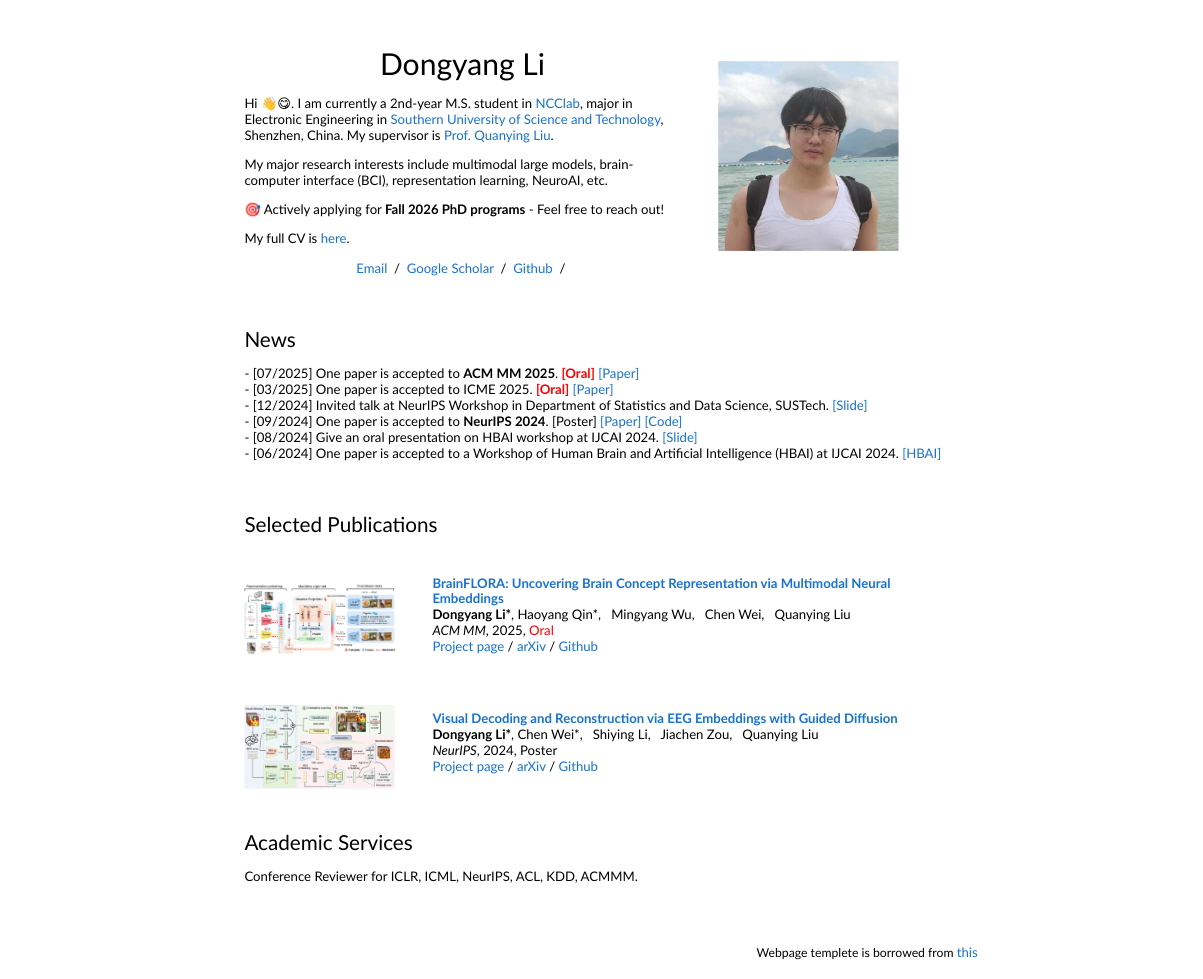
Repository: dongyangli-del/dongyangli-del.github.io
Page: index.html
The author's editor kept a copy of each file at every save. The page is drawn from the files as they stood at one save, then again after a run of saves.
The browser window is 1280 px wide. The pictures show the whole page, at 94% of full size.

Above is the page before, as saved 2025-07-12 20:36:59.

### index.html
<!DOCTYPE HTML>
<html lang="en">
  <head>

    <meta http-equiv="Content-Type" content="text/html; charset=UTF-8">

    <title>Dongyang Li</title>

    <meta name="author" content="Dongyang Li">
    <meta name="viewport" content="width=device-width, initial-scale=1">

    <link rel="stylesheet" type="text/css" href="stylesheet.css">
    <link rel="icon" href="data:[embedded picture, 141 characters]">
  </head>

  <body>
    <!-- <div class="content">
      <table style="width:100%;border:0px;border-spacing:0px;border-collapse:separate;margin-right:auto;margin-left:auto;"><tbody>
        <tr style="padding:0px">
          <td style="padding:2.5%;width:63%;vertical-align:middle">
            <p class="name" style="text-align: center;">
              Dongyang Li
            </p>

            </p>
            <p>

            </p>
            <p style="text-align:center">
            </p>
          </td>
          <td style="padding:2.5%;width:40%;max-width:40%">
            <a href="myassets/profile.jpg"><img style="width:100%;max-width:100%" alt="profile photo" src="myassets/profile.jpg" class="hoverZoomLink"></a>
          </td>
        </tr>
      </tbody></table>
    </div> -->
    <table style="width:100%;max-width:800px;border:0px;border-spacing:0px;border-collapse:separate;margin-right:auto;margin-left:auto;"><tbody>
      <tr style="padding:0px">
        <td style="padding:0px">
          <table style="width:100%;border:0px;border-spacing:0px;border-collapse:separate;margin-right:auto;margin-left:auto;"><tbody>
            <tr style="padding:0px">
              <td style="padding:2.5%;width:63%;vertical-align:middle">
                <p class="name" style="text-align: center;">
                  Dongyang Li
                </p>
                <p>
                  Hi 👋😋.
                  I am currently a 2nd-year M.S. student in <a href="https://www.sustech.edu.cn/zh/faculties/liuquanying.html">NCClab</a>, major in Electronic Engineering in <a href="https://www.sustech.edu.cn/">Southern University of Science and Technology</a>, Shenzhen, China.
                  My supervisor is <a href="https://faculty.sustech.edu.cn/?tagid=liuqy&iscss=1&snapid=1&orderby=date&go=1">Prof. Quanying Liu</a>.
                </p>
                <p>
                  My major research interests include multimodal large models, brain-computer interface (BCI), representation learning, NeuroAI, etc.
                </p>
                <p>🎯 Actively applying for <strong>Fall 2026 PhD programs</strong> - Feel free to reach out!</p>
                <p>
                  My full CV is <a href="https://dongyangli-del.github.io/files/Dongyang_Li_CV.pdf">here</a>.
                </p>
                <p style="text-align:center">
                  <a href="lidy2023@mail.sustech.edu.cn">Email</a> &nbsp;/&nbsp;
                  <a href="https://scholar.google.com/citations?user=4VTOeU4AAAAJ&hl=zh-CN&oi=ao">Google Scholar</a> &nbsp;/&nbsp;
                  <a href="https://github.com/dongyangli-del">Github</a> &nbsp;/&nbsp;
                  <!-- <a href="https://www.linkedin.com/in/yingqing-he-6b2859168/">LinkedIn</a> -->
                </p>
              </td>
              <td style="padding:2.5%;width:40%;max-width:40%">
                <a href="myassets/profile.jpg"><img style="width:75%;max-width:100%" alt="profile photo" src="myassets/profile.jpg" class="hoverZoomLink"></a>
              </td>
            </tr>
          </tbody></table>

          <table style="width:100%;border:0px;border-spacing:0px;border-collapse:separate;margin-right:auto;margin-left:auto;"><tbody>
            <tr>
            <td style="padding:20px;width:100%;vertical-align:middle">
              <h2>News</h2>
              <p>
                - [07/2025] One paper is accepted to <strong>ACM MM 2025</strong>. <span style="color: red; font-weight: bold;">[Oral]</span> <a href="https://arxiv.org/pdf/2410.23754">[Paper]</a><br>

                - [03/2025] One paper is accepted to ICME 2025. <span style="color: red; font-weight: bold;">[Oral]</span> <a href="https://arxiv.org/pdf/2410.23754">[Paper]</a><br>

                - [12/2024] Invited talk at NeurIPS Workshop in Department of Statistics and Data Science, SUSTech. <a href="https://dongyangli-del.github.io/files/DongyangLi-20241201.pdf">[Slide]</a><br>

                - [09/2024] One paper is accepted to <strong>NeurIPS 2024</strong>. [Poster] <a href="https://arxiv.org/abs/2403.07721">[Paper]</a> <a href="https://github.com/dongyangli-del/EEG_Image_decode">[Code]</a> <br>

                - [08/2024] Give an oral presentation on HBAI workshop at IJCAI 2024. <a href="https://dongyangli-del.github.io/files/HBAI_2024_DongyangLi.pdf">[Slide]</a><br>

                - [06/2024] One paper is accepted to a Workshop of Human Brain and Artificial Intelligence (HBAI) at IJCAI 2024. <a href="https://hbai2024.github.io/">[HBAI]</a><br>

                <!-- - [10/2024] <font style="color: #d07c22">Invited talk</font> at <a href="https://venue-tutorial.github.io/">ECCV 2024 VENUE (Recent Advances in Video Content Understanding and Generation) Tutorial</a>
                 on the topic of <i>"LLMs Meet image and video generation"</i>.
                 The slides are available at our <a href="https://github.com/YingqingHe/Awesome-LLMs-meet-Multimodal-Generation/blob/main/ECCV2024-VENUE-Tutorial-Slides-LLM-Meet-Image-and-Video-Generation.pdf">Github repo</a>.<br>
                - [08/2024] <font style="color: #d07c22">Invited talk</font> at <a href="https://hunyuan.tencent.com/">Tencent Hunyuan</a>
                 on the topic of <i>"LLMs Meet Multimodal Generation and Editing"</i><br>
                - [08/2024] 1 paper was accepted to <font style="color: #D8429E">ECCV 2024 AI4VA Workshop</font>.<br>
                - [07/2024] 1 paper was accepted to <font style="color: #D8429E">SIGGRAPH Asia 2024</font>.<br>
                - [07/2024] 1 paper was accepted to <font style="color: #D8429E">ECCV 2024</font>.<br>
                - [05/2024] We released a survey paper: <a href="https://arxiv.org/abs/2405.19334">LLMs Meet Multimodal Generation and Editing: A Survey</a>.<br>
                - [03/2024] <font style="color: #d07c22">Invited talk</font> at <a href="https://www.meituan.com/">Meituan</a> on the topic of <i>"Recent Advance of Text-to-Video Generation"</i>.<br>
                - [03/2024] 1 paper was accepted to <font style="color: #D8429E">CVPR 2024</font>.<br>
                - [02/2024] 1 paper was accepted to <font style="color: #D8429E">TVCG 2024</font>.<br>
                - [01/2024] 2 papers were accepted to <font style="color: #D8429E">ICLR 2024</font> (including 1 Spotlight paper).<br>
                - [12/2023] 1 paper was accepted to <font style="color: #D8429E">AAAI 2024</font>.<br>
                - [11/2023] Released <a href="https://arxiv.org/abs/2310.19512">VideoCrafter 1</a>.<br>
                - [08/2023] 1 paper was accepted to <font style="color: #D8429E">SIGGRAPH Asia 2023</font>.<br>
                - [06/2023] <font style="color: #d07c22">Invited talk</font> at <a href="https://sites.google.com/view/loveucvpr23/home">CVPR 2023 LOVEU Workshop</a> on the topic of <i>"Crafting Your Videos: From Unconditional to <br>
                  &nbsp; &nbsp; &nbsp;&nbsp; &nbsp; &nbsp;&nbsp; &nbsp; &nbsp;&nbsp; &nbsp; &nbsp;&nbsp; &nbsp; &nbsp;&nbsp;&nbsp;
                  Controllable Video Diffusion Models"</i>.<br>
                - [04/2023] Released <a href="https://github.com/AILab-CVC/VideoCrafter">VideoCrafter 0.9</a>.<br>
                - [08/2021] 1 paper was accepted to <font style="color: #D8429E">ACM MM 2021</font> as an <font style="color: #D8429E">Oral</font> paper.<br>  -->
              </p>
            </td>
            </tr>
          </tbody></table>
          <table style="width:100%;border:0px;border-spacing:0px;border-collapse:separate;margin-right:auto;margin-left:auto;"><tbody>

    <table style="width:100%;border:0px;border-spacing:0px;border-collapse:separate;margin-right:auto;margin-left:auto;">
      <tbody>
      <tr>
        <td style="padding:20px;width:100%;vertical-align:middle">
          <h2>Selected Publications</h2>
          <!-- <p>
            I'm interested in computer vision, generative models, image/video generation and editing.
          </p> -->
        </td>
      </tr>
      </tbody>
    </table>
    <table style="width:100%;border:0px;border-spacing:0px;border-collapse:separate;margin-right:auto;margin-left:auto;"><tbody>


      <!-- BrainFLORA -->
      <tr>
        <td style="padding:20px;width:25%;vertical-align:middle">
          <img src='myassets/BrainFLORA.png' width="100%">
        </td>
        <td style="padding:20px;width:75%;vertical-align:middle">
          <a href="https://github.com/dongyangli-del/BrainFLORA">
            <span class="papertitle">BrainFLORA: Uncovering Brain Concept Representation via Multimodal Neural Embeddings</span>
          </a>
          <br>
          <strong>Dongyang Li*</strong>,
          <font style="color:black;">Haoyang Qin*, </font> &nbsp;
          <font style="color: black;">Mingyang Wu, </font> &nbsp;
          <font style="color: black;">Chen Wei, </font> &nbsp;
          <font style="color: black;">Quanying Liu </font> &nbsp;
          <br>
          <em>ACM MM</em>, 2025, <font style="color:red;">Oral</font>
          <br>
          <a href="https://github.com/dongyangli-del/BrainFLORA">Project page</a> /
          <a href="https://arxiv.org/pdf/2403.07721">arXiv</a> /
          <a href="https://github.com/dongyangli-del/BrainFLORA">Github</a>
          <p></p>
          <p>
          </p>
        </td>
      </tr>


      <!-- EEG_Image_Decode -->
      <tr>
        <td style="padding:20px;width:25%;vertical-align:middle">
          <img src='myassets/EEG_Image_decode.png' width="100%">
        </td>
        <td style="padding:20px;width:75%;vertical-align:middle">
          <a href="https://github.com/dongyangli-del/EEG_Image_decode/">
            <span class="papertitle">Visual Decoding and Reconstruction via EEG Embeddings with Guided Diffusion</span>
          </a>
          <br>
          <strong>Dongyang Li*</strong>,
          <font style="color:black;">Chen Wei*, </font> &nbsp;
          <font style="color: black;">Shiying Li, </font> &nbsp;
          <font style="color: black;">Jiachen Zou, </font> &nbsp;
          <font style="color: black;">Quanying Liu </font> &nbsp;
          <br>
          <em>NeurIPS</em>, 2024, Poster
          <br>
          <a href="https://dongyangli-del.github.io/EEG_Image_Decode/">Project page</a> /
          <a href="https://arxiv.org/pdf/2403.07721">arXiv</a> /
          <a href="https://github.com/dongyangli-del/EEG_Image_decode">Github</a>
          <p></p>
          <p>
          </p>
        </td>
      </tr>



    <table style="width:100%;border:0px;border-spacing:0px;border-collapse:separate;margin-right:auto;margin-left:auto;"><tbody>
      <tr>
      <td style="padding:20px;width:100%;vertical-align:middle">
        <h2>Academic Services</h2>
        <p>
          Conference Reviewer for ICLR, ICML, NeurIPS, ACL, KDD, ACMMM.<br>
          <!-- Journal Reviewer for TPAMI, IJCV, ACM Computing Surveys. -->
        </p>
      </td>
    </tr>
    </tbody></table>
    <table style="width:100%;border:0px;border-spacing:0px;border-collapse:separate;margin-right:auto;margin-left:auto;"><tbody>

    <!-- </tbody></table>
          <table width="100%" align="center" border="0" cellspacing="0" cellpadding="20"><tbody>
            <tr>
              <td>
                <h2>Miscellanea</h2>
              </td>
            </tr>
          </tbody></table>
          <table width="100%" align="center" border="0" cellpadding="20"><tbody>

            <tr>
              <td style="padding:20px;width:25%;vertical-align:middle"><img src="images/cvf.jpg"></td>
              <td width="75%" valign="center">
                <a href="https://cvpr2023.thecvf.com/Conferences/2023/Organizers">Demo Chair, CVPR 2023</a>
          <br>
                <a href="https://cvpr2022.thecvf.com/area-chairs">Area Chair, CVPR 2022</a>
                <br>
                <a href="http://cvpr2021.thecvf.com/area-chairs">Area Chair & Longuet-Higgins Award Committee Member, CVPR 2021</a>
                <br>
                <a href="http://cvpr2019.thecvf.com/area_chairs">Area Chair, CVPR 2019</a>
                <br>
                <a href="http://cvpr2018.thecvf.com/organizers/area_chairs">Area Chair, CVPR 2018</a>
              </td>
            </tr>
            <tr>
              <td style="padding:20px;width:25%;vertical-align:middle">
                <img src="images/cs188.jpg" alt="cs188">
              </td>
              <td width="75%" valign="center">
                <a href="http://inst.eecs.berkeley.edu/~cs188/sp11/announcements.html">Graduate Student Instructor, CS188 Spring 2011</a>
                <br>
                <a href="http://inst.eecs.berkeley.edu/~cs188/fa10/announcements.html">Graduate Student Instructor, CS188 Fall 2010</a>
                <br>
                <a href="http://aima.cs.berkeley.edu/">Figures, "Artificial Intelligence: A Modern Approach", 3rd Edition</a>
              </td>
            </tr>


            <tr>
              <td align="center" style="padding:20px;width:25%;vertical-align:middle">
                <h2>Basically <br> Blog Posts</h2>
              </td>
              <td width="75%" valign="middle">
                <a href="https://arxiv.org/abs/2112.11687">Squareplus: A Softplus-Like Algebraic Rectifier</a>
                <br>
                <a href="https://arxiv.org/abs/2010.09714">A Convenient Generalization of Schlick's Bias and Gain Functions</a>
                <br>
                <a href="https://arxiv.org/abs/1704.07483">Continuously Differentiable Exponential Linear Units</a>
                <br>
                <a href="https://jonbarron.info/data/cvpr2023_llm_workshop_annotated.pdf">Scholars & Big Models: How Can Academics Adapt?</a>
              </td>
            </tr>
          </tbody></table> -->


          <table style="width:100%;border:0px;border-spacing:0px;border-collapse:separate;margin-right:auto;margin-left:auto;"><tbody>
            <tr>
              <td style="padding:0px">
                <br>
                <p style="text-align:right;font-size:small;">
                  <!-- Feel free to steal this website's <a href="https://github.com/jonbarron/jonbarron_website">source code</a>. <strong>Do not</strong> scrape the HTML from this page itself, as it includes analytics tags that you do not want on your own website &mdash; use the github code instead. Also, consider using <a href="https://leonidk.com/">Leonid Keselman</a>'s <a href="https://github.com/leonidk/new_website">Jekyll fork</a> of this page. -->
                  Webpage templete is borrowed from <a href="https://github.com/jonbarron/jonbarron_website">this</a>
                </p>
              </td>
            </tr>
          </tbody></table>
        </td>
      </tr>
    </table>
  </body>
</html>

### stylesheet.css
/* latin-ext */
.content {
  width: 1000px;
  padding: 25px 50px;
  margin: 25px auto;
  background-color: white;
  box-shadow: 0px 0px 10px #999;
  border-radius: 15px;
  font-family: "Google Sans";
}

@font-face {
  font-family: 'Lato';
  font-style: italic;
  font-weight: 400;
  src: local('Lato Italic'), local('Lato-Italic'), url(https://fonts.gstatic.com/s/lato/v15/S6u8w4BMUTPHjxsAUi-qNiXg7eU0.woff2) format('woff2');
  unicode-range: U+0100-024F, U+0259, U+1E00-1EFF, U+2020, U+20A0-20AB, U+20AD-20CF, U+2113, U+2C60-2C7F, U+A720-A7FF;
}
/* latin */
@font-face {
  font-family: 'Lato';
  font-style: italic;
  font-weight: 400;
  src: local('Lato Italic'), local('Lato-Italic'), url(https://fonts.gstatic.com/s/lato/v15/S6u8w4BMUTPHjxsAXC-qNiXg7Q.woff2) format('woff2');
  unicode-range: U+0000-00FF, U+0131, U+0152-0153, U+02BB-02BC, U+02C6, U+02DA, U+02DC, U+2000-206F, U+2074, U+20AC, U+2122, U+2191, U+2193, U+2212, U+2215, U+FEFF, U+FFFD;
}
/* latin-ext */
@font-face {
  font-family: 'Lato';
  font-style: italic;
  font-weight: 700;
  src: local('Lato Bold Italic'), local('Lato-BoldItalic'), url(https://fonts.gstatic.com/s/lato/v15/S6u_w4BMUTPHjxsI5wq_FQftx9897sxZ.woff2) format('woff2');
  unicode-range: U+0100-024F, U+0259, U+1E00-1EFF, U+2020, U+20A0-20AB, U+20AD-20CF, U+2113, U+2C60-2C7F, U+A720-A7FF;
}
/* latin */
@font-face {
  font-family: 'Lato';
  font-style: italic;
  font-weight: 700;
  src: local('Lato Bold Italic'), local('Lato-BoldItalic'), url(https://fonts.gstatic.com/s/lato/v15/S6u_w4BMUTPHjxsI5wq_Gwftx9897g.woff2) format('woff2');
  unicode-range: U+0000-00FF, U+0131, U+0152-0153, U+02BB-02BC, U+02C6, U+02DA, U+02DC, U+2000-206F, U+2074, U+20AC, U+2122, U+2191, U+2193, U+2212, U+2215, U+FEFF, U+FFFD;
}
/* latin-ext */
@font-face {
  font-family: 'Lato';
  font-style: normal;
  font-weight: 400;
  src: local('Lato Regular'), local('Lato-Regular'), url(https://fonts.gstatic.com/s/lato/v15/S6uyw4BMUTPHjxAwXiWtFCfQ7A.woff2) format('woff2');
  unicode-range: U+0100-024F, U+0259, U+1E00-1EFF, U+2020, U+20A0-20AB, U+20AD-20CF, U+2113, U+2C60-2C7F, U+A720-A7FF;
}
/* latin */
@font-face {
  font-family: 'Lato';
  font-style: normal;
  font-weight: 400;
  src: local('Lato Regular'), local('Lato-Regular'), url(https://fonts.gstatic.com/s/lato/v15/S6uyw4BMUTPHjx4wXiWtFCc.woff2) format('woff2');
  unicode-range: U+0000-00FF, U+0131, U+0152-0153, U+02BB-02BC, U+02C6, U+02DA, U+02DC, U+2000-206F, U+2074, U+20AC, U+2122, U+2191, U+2193, U+2212, U+2215, U+FEFF, U+FFFD;
}
/* latin-ext */
@font-face {
  font-family: 'Lato';
  font-style: normal;
  font-weight: 700;
  src: local('Lato Bold'), local('Lato-Bold'), url(https://fonts.gstatic.com/s/lato/v15/S6u9w4BMUTPHh6UVSwaPGQ3q5d0N7w.woff2) format('woff2');
  unicode-range: U+0100-024F, U+0259, U+1E00-1EFF, U+2020, U+20A0-20AB, U+20AD-20CF, U+2113, U+2C60-2C7F, U+A720-A7FF;
}
/* latin */
@font-face {
  font-family: 'Lato';
  font-style: normal;
  font-weight: 700;
  src: local('Lato Bold'), local('Lato-Bold'), url(https://fonts.gstatic.com/s/lato/v15/S6u9w4BMUTPHh6UVSwiPGQ3q5d0.woff2) format('woff2');
  unicode-range: U+0000-00FF, U+0131, U+0152-0153, U+02BB-02BC, U+02C6, U+02DA, U+02DC, U+2000-206F, U+2074, U+20AC, U+2122, U+2191, U+2193, U+2212, U+2215, U+FEFF, U+FFFD;
}

a {
  color: #1772d0;
  text-decoration: none;
}
/* a {
  color: #761478b2;
  text-decoration: none;
} */
a:focus,
a:hover {
  color: #f09228;
  text-decoration: none;
}

body,
td,
th,
tr,
/* tr {
  border-bottom: 1px solid rgb(183, 168, 192);
} */
p,
a {
  font-family: 'Lato', Verdana, Helvetica, sans-serif;
  font-size: 14px;
}

strong {
  font-family: 'Lato', Verdana, Helvetica, sans-serif;
  font-size: 14px;
}

h2 {
  margin: 0;
  font-weight: normal;
  font-family: 'Lato', Verdana, Helvetica, sans-serif;
  font-size: 22px;
}

.papertitle {
  font-family: 'Lato', Verdana, Helvetica, sans-serif;
  font-size: 14px;
  font-weight: 700;
}

.name {
  padding-top: 20px;
  margin: 0;
  font-family: 'Lato', Verdana, Helvetica, sans-serif;
  font-size: 32px;
}

.one {
  width: 200px;
  height: 200px;
  position: relative;

}

.two {
  width: 200px;
  height: 200px;
  position: absolute;
  transition: opacity .2s ease-in-out;
  -moz-transition: opacity .2s ease-in-out;
  -webkit-transition: opacity .2s ease-in-out;
}

.fade {
  transition: opacity .2s ease-in-out;
  -moz-transition: opacity .2s ease-in-out;
  -webkit-transition: opacity .2s ease-in-out;
}

span.highlight {
  background-color: #ffffd0;
}

After the next 3 saves:
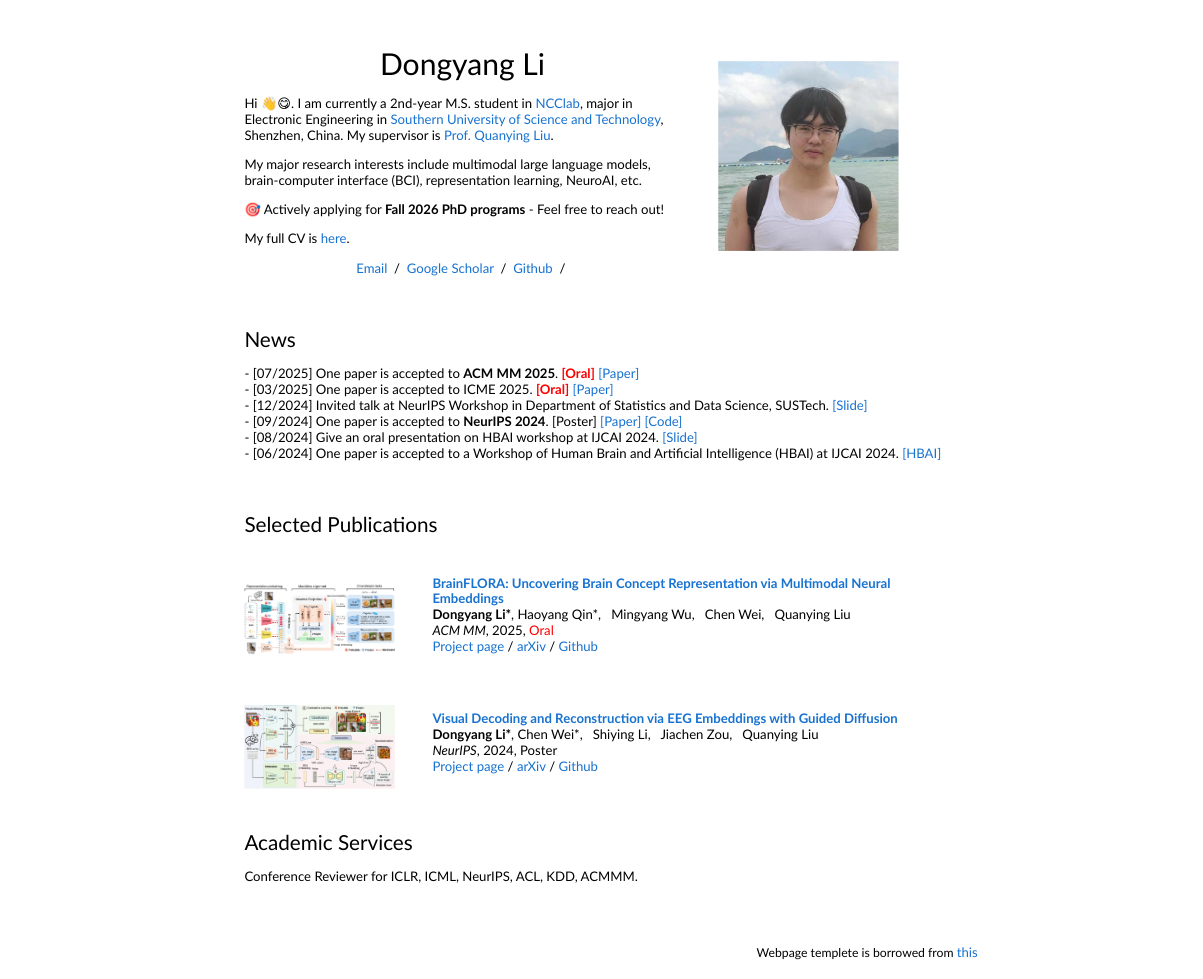
The 3 saves are shown as one change because they came seconds apart.
The last was saved 28 s later.
--- a/index.html
+++ b/index.html
@@ -50,7 +50,7 @@
                   My supervisor is <a href="https://faculty.sustech.edu.cn/?tagid=liuqy&iscss=1&snapid=1&orderby=date&go=1">Prof. Quanying Liu</a>.
                 </p>
                 <p>
-                  My major research interests include multimodal large models, brain-computer interface (BCI), representation learning, NeuroAI, etc.
+                  My major research interests include multimodal large language models, brain-computer interface (BCI), representation learning, NeuroAI, etc.
                 </p>
                 <p>🎯 Actively applying for <strong>Fall 2026 PhD programs</strong> - Feel free to reach out!</p>
                 <p>
